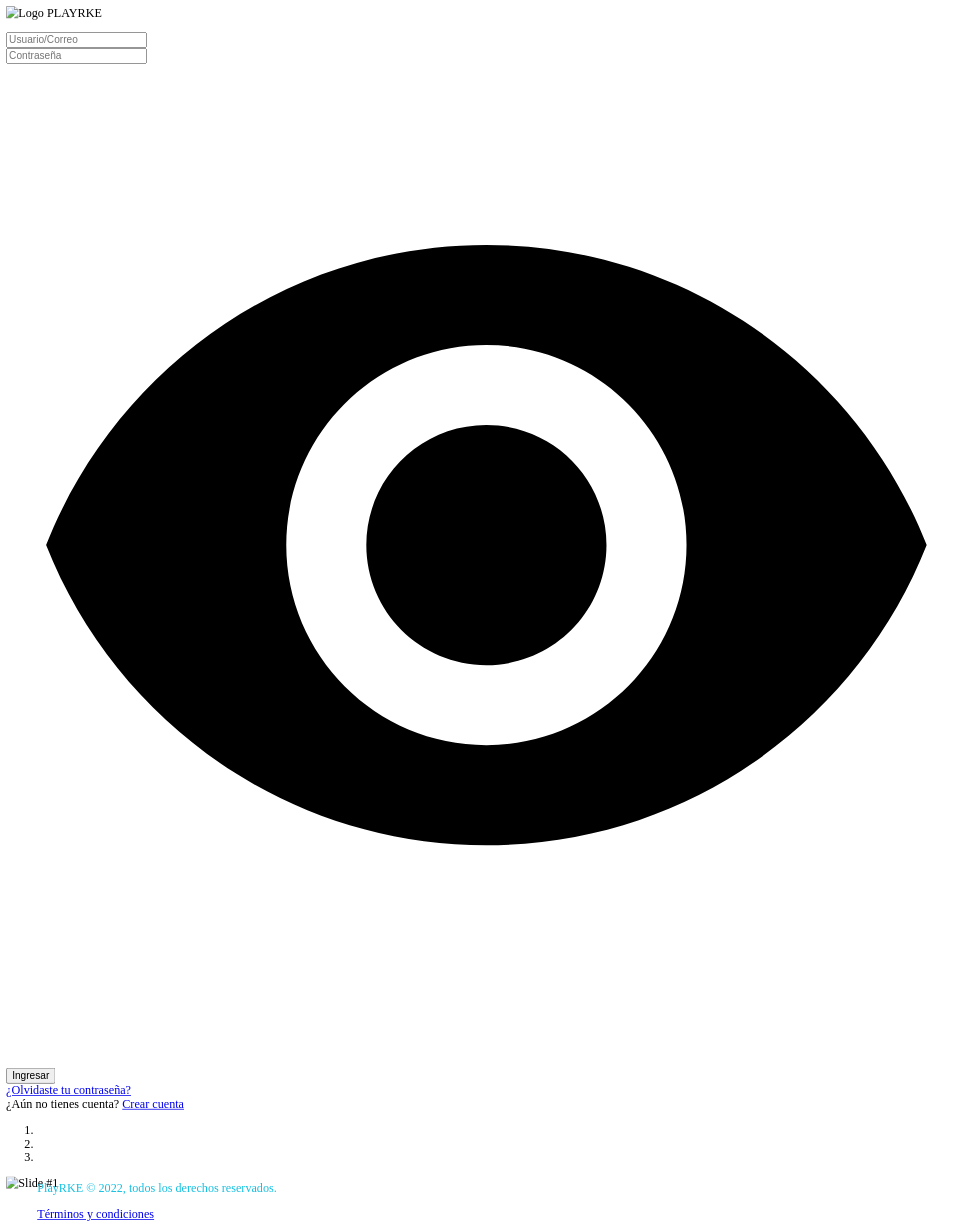
Repository: earo191/RKE
Page: http://localhost/login
An editor plug-in stored every save of this project. The page is shown before and after the next save, followed by the edit.
The browser window is 1280 px wide. The pictures show the whole page, at 76% of full size.
The page is served by the project's Laravel application, run on PHP 8.4 with Laravel 8. Other server files are loaded and not shown.

Above is the page before, as saved 2022-05-31 15:14:02.
Console error: ReferenceError: $ is not defined

### routes/web.php
<?php

use Illuminate\Support\Facades\Route;

/*
|--------------------------------------------------------------------------
| Web Routes
|--------------------------------------------------------------------------
|
| Here is where you can register web routes for your application. These
| routes are loaded by the RouteServiceProvider within a group which
| contains the "web" middleware group. Now create something great!
|
 */

Route::get('/r/{referralCode}', 'Referidos\ReferralController@link')->name('referral.link');

Route::get('/cookie', function () {
    return Cookie::get('referral');
});

Route::get('/', function () {
    return view('auth.login');
});

Route::get('/modulos/admin/procesarpagos/pago_trivia', function () {
    return view('modulos.admin.procesarpagos.pago_trivia');
});



Route::get('/modulos/user/sala/index', function () {
    return view('modulos.user.sala.index');
});

Auth::routes();

Route::get('/home', 'HomeController@index')->name('home');

Route::group(['prefix' => 'usuario', 'as' => 'usuario.'], function () {
    Route::get('/', 'User\UserController@index')->name('index');
    Route::put('/{id}', 'User\UserController@update')->name('update');

});

Route::group(['prefix' => 'info', 'as' => 'info.'], function () {
    Route::get('/terminos', function () {return view('modulos.user.informacion.terminos'); })->name('terminos');
    Route::get('/quienesomos', function () {return view('modulos.user.informacion.quienesomos'); })->name('quienesomos');
    Route::get('/politicas', function () {return view('modulos.user.informacion.politicas'); })->name('politicas');

});

Route::group(['prefix' => 'recarga', 'as' => 'recarga.'], function () {
    Route::get('/', 'Recarga\RecargasController@index')->name('index');
    Route::get('/aceptadas', 'Recarga\RecargasController@aceptadas')->name('aceptadas');
    Route::get('/rechazadas', 'Recarga\RecargasController@rechazadas')->name('rechazadas');
    Route::get('/{id}', 'Recarga\RecargasController@update')->name('update');
    Route::get('/rechazar/{id}', 'Recarga\RecargasController@rechazar')->name('rechazar');

});

Route::group(['prefix' => 'trivia', 'as' => 'trivia.'], function () {
    Route::get('/', 'trivia\triviaController@index')->name('index');
    Route::get('/trivia-all', 'trivia\triviaController@list')->name('list');
    Route::get('/CrearTrivia', 'trivia\triviaController@create')->name('create');
    Route::post('store', 'trivia\triviaController@store')->name('store');
    Route::get('/{id}', 'trivia\triviaController@show')->name('show');


});

Route::group(['prefix' => 'monedero', 'as' => 'monedero.'], function () {
    Route::get('/', 'monedero\MonederoController@index')->name('index');
    Route::get('/Crear', 'monedero\MonederoController@create')->name('create');
    Route::get('/tranferencia', 'monedero\MonederoController@createTranferencia')->name('createTransfer');
    Route::post('store', 'monedero\MonederoController@store')->name('store');
    // Route::post('store/transfer', 'monedero\MonederoController@storeTranfer')->name('storeTranfer');

});

Route::group(['prefix' => 'banco', 'as' => 'banco.'], function () {
    Route::get('/', 'banco\bancosController@index')->name('index');
    Route::get('/Crear', 'banco\bancosController@create')->name('create');
    Route::get('{id}/edit', 'banco\bancosController@edit')->name('edit');
    Route::post('store', 'banco\bancosController@store')->name('store');
    Route::put('{id}', 'banco\bancosController@update')->name('update');

});

Route::group(['prefix' => 'pagomovil', 'as' => 'pagomovil.'], function () {
    Route::get('/', 'pagomovil\PagoMovilController@index')->name('index');
    Route::get('/Crear', 'pagomovil\PagoMovilController@create')->name('create');
    Route::get('/edit/{id}', 'pagomovil\PagoMovilController@edit')->name('edit');
    Route::post('store', 'pagomovil\PagoMovilController@store')->name('store');
    Route::put('/edit/{id}', 'pagomovil\PagoMovilController@update')->name('update');

});

Route::group(['prefix' => 'tasa', 'as' => 'tasa.'], function(){
    Route::get('/', 'Tasa\TasaController@index')->name('index');
});

// Route::get('/modulos/admin/tasa/index', function () {
//     return view('modulos.admin.tasa.index');
// });

Route::group(['prefix' => 'sala', 'as' => 'sala.'], function () {
    Route::get('/', 'sala\SalaController@index')->name('index');

});

Route::group(['prefix' => 'referidos', 'as' => 'refe.'], function () {
    Route::get('/{referralCode}', 'Referidos\ReferralController@index')->name('index');

});

// Route::get('/modulos/user/sala/index', function () {
//     return view('modulos.user.sala.index');
// });

### resources/views/auth/login.blade.php
@extends('layouts.app_login')


@section('content')
<article class="login__container">
    <header class="login__logo">
      <img src="{{asset('img/play.png')}}" alt="Logo PLAYRKE" class="login__logo__image">
    </header>
    <article class="login__content">
      <p class="login__content__text">

      </p>

      <section class="login__form">
        <form action="{{ route('login') }}" method="post" id="form1">
          <input type="hidden" name="_token" id="token" value="{{csrf_token()}}">
            <article class="login__form__item">
              <input id="login" type="text" class="login__form__item__input @if ($errors->has('username') || $errors->has('email')) is-invalid @endif"name="login"
            value="{{ old('username') ?: old('email') }}" required autocomplete="login" placeholder="Usuario/Correo" utofocus>
                @if ($errors->has('username') || $errors->has('email'))
                    <span class="invalid-feedback" role="alert">
                        <strong>{{ $errors->first('username') ?: $errors->first('email') }}</strong>
                    </span>
                @endif
            </article>
            <article class="login__form__item">
              <input type="hidden"  id="bandera" value="0">
              <input type="password" class="login__form__item__input" id="pass" name="password" placeholder="Contraseña">
              <!-- Inicio SVG -->
              <svg id="view-eye" viewBox="0 0 24 25">
                <path d="M12 4.524c-5 0-9.27 3.11-11 7.5 1.73 4.39 6 7.5 11 7.5s9.27-3.11 11-7.5c-1.73-4.39-6-7.5-11-7.5zm0 12.5c-2.76 0-5-2.24-5-5s2.24-5 5-5 5 2.24 5 5-2.24 5-5 5zm0-8c-1.66 0-3 1.34-3 3s1.34 3 3 3 3-1.34 3-3-1.34-3-3-3z">
                </path>
              </svg>
              <!-- Fin SVG -->
            </article>
        </form>
      </section>

      <section class="login__button">
        <button class="button--1" id="Ingresar">Ingresar</button>
      </section>
    </article>
    <footer class="login__footer">
      <article class="login__footer__item">
        <a href="{{ route('password.request') }}" class="forget-password">¿Olvidaste tu contraseña?</a>
      </article>
      <article class="login__footer__item">
        ¿Aún no tienes cuenta?
        <a href="{{ route('register') }}" title="Crear Cuenta" class="user-register">
          Crear cuenta
        </a>
      </article>
      <div class="" style="position: absolute; margin-top: 77px; color: #14c0e1; margin-left: 41px;">
        <p>PlayRKE © 2022, todos los derechos reservados.</p>
        <a href="{{ route('info.terminos') }}">Términos y condiciones</a>
      </div>
    </footer>
</article>

    @endsection

@section('script')

  <script type="text/javascript" src="{{asset('alertify/lib/alertify.min.js')}}"></script>
  <script type="text/javascript">
    $('.carousel').carousel()
    $(document).on('click','#Ingresar', function(e){

          if($(".validar").val()==""){
            alertify.error("Todos los Campos  son Obligatorios");
          }else{
              $('#form1').submit();
          }


        });
    $(document).on('click','#view-eye', function(e){
      if($("#bandera").val()==0){
          $("#pass").attr('type','text');
          $("#bandera").val('1');
      }else{
          $("#pass").attr('type','password');
          $("#bandera").val('0');
      }

    });

  </script>
@endsection

### resources/views/layouts/app_login.blade.php
<!DOCTYPE html>
<html lang="en">
  <head>
    <meta charset="UTF-8">
    <meta http-equiv="X-UA-Compatible" content="IE=edge">
    <meta name="viewport" content="width=device-width, initial-scale=1.0">
    <meta name="keywords" content="PLAYRKE,PLAY-RKE,Natural Activa,Rifa,Rifas,apartado,sistema de apartado,tienda,wy,WY corporation,printfconnection,sorteo,sorteos,ticket,loterias,loterias"/>
    <title>Login (PLAYRKE)</title>
    <!-- Bootstrap 4.6 -->
    <link rel="stylesheet" href="static/css/bootstrap.min.css">
    <!-- Styles -->
    <link rel="stylesheet" href="static/css/styles.css">
    <!-- Fonts -->
    <link rel="preconnect" href="https://fonts.gstatic.com">
    <link href="https://fonts.googleapis.com/css2?family=Roboto:wght@300;400;700&display=swap" rel="stylesheet">
    <link rel="stylesheet" href="{{asset('template/plugins/datatables-bs4/css/dataTables.bootstrap4.css')}}">
    <link  rel="stylesheet" href="{{asset('alertify/themes/alertify.core.css')}}">
    <link rel="stylesheet"  href="{{asset('alertify/themes/alertify.default.css')}}">
    <link rel="shortcat icon" href="{{ asset('img/favi.png') }}">
  </head>
  <body>


  <main class="login l-container">

  @yield('content')




  <section class="login__carousel">
                    <!-- Inicio Carousel (Bootstrap) -->

                    <div id="carouselExampleFade" class="carousel slide carousel-fade" data-ride="carousel">

                    <!-- Inicio indicadores del banner -->
                    <ol class="carousel-indicators">
                        <li data-target="#carouselExampleIndicators" data-slide-to="0" class="active"></li>
                        <li data-target="#carouselExampleIndicators" data-slide-to="1"></li>
                        <li data-target="#carouselExampleIndicators" data-slide-to="2"></li>
                    </ol>
                    <!-- Fin indicadores del banner -->

                    <!-- Inicio slides -->
                    <div class="carousel-inner">
                        <div class="carousel-item active">
                        <img src="static/images/slider/1.png" alt="Slide #1" class="login__carousel__image">
                        <div class="login__carousel__copy">
                        <!--  <h1 class="login__carousel__copy__title">Pos</h1>-->
                        <!-- <p class="login__carousel__copy__description">
                            Crea facturas fácil y rápido desde tus puntos de venta.
                            </p>-->
                            {{-- <a href="#" class="login__carousel__copy__button">
                            Ver más
                            </a> --}}
                        </div>
                        </div>
                        {{-- <div class="carousel-item">
                        <img src="static/images/slider/2.png" alt="Slide #1" class="login__carousel__image">
                        </div>
                        <div class="carousel-item">
                        <img src="static/images/slider/3.png" alt="Slide #1" class="login__carousel__image">
                        </div> --}}
                    </div>
                    <!-- Fin slides -->

                    <!-- Inicio contenido fijo -->
                    {{-- <article class="login__carousel__content">
                        <section class="login__carousel__content__top">
                        <p class="login__carousel__text">
                            Para ayudarte escríbenos en
                            <a href="#" class="login__carousel__button">printfconnection@gmail.com</a>
                        </p>
                        </section>
                        <section class="login__carousel__content__bottom">
                        <p class="login__carousel__text">
                            Síguenos en Facabook
                        </p>
                        <a href="https://www.facebook.com/playrke" target="_blank">

                        <article class="login__carousel__social">

                            <section class="login__carousel__social__item">
                            <!-- Inicio SVG -->

                            <svg width="48" height="48" viewBox="0 0 48 48" fill="none" xmlns="http://www.w3.org/2000/svg">
                                <path d="M0 24C0 10.7452 10.7452 0 24 0C37.2548 0 48 10.7452 48 24C48 37.2548 37.2548 48 24 48C10.7452 48 0 37.2548 0 24Z" fill="#3B5998"/>
                                <path d="M26.5015 38.1115V25.0542H30.1059L30.5836 20.5546H26.5015L26.5077 18.3025C26.5077 17.1289 26.6192 16.5001 28.3048 16.5001H30.5581V12H26.9532C22.6231 12 21.0991 14.1828 21.0991 17.8536V20.5551H18.4V25.0547H21.0991V38.1115H26.5015Z" fill="white"/>
                                </svg>


                            <!-- Fin SVG -->
                            </section>
                        <!--   <section class="login__carousel__social__item">

                            <svg id="social-twitter" viewBox="0 0 24 25">
                                <path d="M20 6.562a6.569 6.569 0 0 1-1.885.517 3.29 3.29 0 0 0 1.443-1.816 6.542 6.542 0 0 1-2.084.798 3.283 3.283 0 0 0-5.596 2.993 9.317 9.317 0 0 1-6.765-3.43 3.272 3.272 0 0 0-.444 1.651c0 1.138.58 2.144 1.46 2.732a3.266 3.266 0 0 1-1.487-.41v.041a3.285 3.285 0 0 0 2.633 3.22 3.29 3.29 0 0 1-1.482.056 3.286 3.286 0 0 0 3.066 2.28A6.585 6.585 0 0 1 4 16.554a9.3 9.3 0 0 0 5.033 1.474c6.037 0 9.339-5.002 9.339-9.34 0-.142-.003-.283-.01-.425A6.726 6.726 0 0 0 20 6.563z"></path>
                            </svg>

                            </section>-->
                        <!--   <section class="login__carousel__social__item">

                            <svg id="social-twitter" viewBox="0 0 24 25">
                                <path d="M20 6.562a6.569 6.569 0 0 1-1.885.517 3.29 3.29 0 0 0 1.443-1.816 6.542 6.542 0 0 1-2.084.798 3.283 3.283 0 0 0-5.596 2.993 9.317 9.317 0 0 1-6.765-3.43 3.272 3.272 0 0 0-.444 1.651c0 1.138.58 2.144 1.46 2.732a3.266 3.266 0 0 1-1.487-.41v.041a3.285 3.285 0 0 0 2.633 3.22 3.29 3.29 0 0 1-1.482.056 3.286 3.286 0 0 0 3.066 2.28A6.585 6.585 0 0 1 4 16.554a9.3 9.3 0 0 0 5.033 1.474c6.037 0 9.339-5.002 9.339-9.34 0-.142-.003-.283-.01-.425A6.726 6.726 0 0 0 20 6.563z"></path>
                            </svg>

                            </section>-->
                        </article>
                        </a>
                        </section>
                    </article> --}}
                    <!-- Fin contenido fijo -->

                    </div>
                    <!-- Fin Carousel (Bootstrap) -->
                </section>
                </main>

  <script src="static/js/jquery-3.5.1.slim.min.js"></script>
    <script src="static/js/bootstrap.min.js"></script>
    <script>
      $('.carousel').carousel()
    </script>
@yield ('script')
  </body>
</html>

### public/alertify/themes/alertify.core.css
.alertify,
.alertify-show,
.alertify-log {
	-webkit-transition: all 500ms cubic-bezier(0.175, 0.885, 0.320, 1.275);
	   -moz-transition: all 500ms cubic-bezier(0.175, 0.885, 0.320, 1.275);
	    -ms-transition: all 500ms cubic-bezier(0.175, 0.885, 0.320, 1.275);
	     -o-transition: all 500ms cubic-bezier(0.175, 0.885, 0.320, 1.275);
	        transition: all 500ms cubic-bezier(0.175, 0.885, 0.320, 1.275); /* easeOutBack */
}
.alertify-hide {
	-webkit-transition: all 250ms cubic-bezier(0.600, -0.280, 0.735, 0.045);
	   -moz-transition: all 250ms cubic-bezier(0.600, -0.280, 0.735, 0.045);
	    -ms-transition: all 250ms cubic-bezier(0.600, -0.280, 0.735, 0.045);
	     -o-transition: all 250ms cubic-bezier(0.600, -0.280, 0.735, 0.045);
	        transition: all 250ms cubic-bezier(0.600, -0.280, 0.735, 0.045); /* easeInBack */
}
.alertify-log-hide {
	-webkit-transition: all 500ms cubic-bezier(0.600, -0.280, 0.735, 0.045);
	   -moz-transition: all 500ms cubic-bezier(0.600, -0.280, 0.735, 0.045);
	    -ms-transition: all 500ms cubic-bezier(0.600, -0.280, 0.735, 0.045);
	     -o-transition: all 500ms cubic-bezier(0.600, -0.280, 0.735, 0.045);
	        transition: all 500ms cubic-bezier(0.600, -0.280, 0.735, 0.045); /* easeInBack */
}
.alertify-cover {
	position: fixed; z-index: 99999;
	top: 0; right: 0; bottom: 0; left: 0;
	background-color:white;
	filter:alpha(opacity=0);
	opacity:0;
}
	.alertify-cover-hidden {
		display: none;
	}
.alertify {
	position: fixed; z-index: 99999;
	top: 50px; left: 50%;
	width: 550px;
	margin-left: -275px;
	opacity: 1;
}
	.alertify-hidden {
		-webkit-transform: translate(0,-150px);
		   -moz-transform: translate(0,-150px);
		    -ms-transform: translate(0,-150px);
		     -o-transform: translate(0,-150px);
		        transform: translate(0,-150px);
		opacity: 0;
		display: none;
	}
	/* overwrite display: none; for everything except IE6-8 */
	:root *> .alertify-hidden {
		display: block;
		visibility: hidden;
	}
.alertify-logs {
	position: fixed;
	z-index: 5000;
	bottom: 10px;
	right: 10px;
	width: 300px;
}
.alertify-logs-hidden {
	display: none;
}
	.alertify-log {
		display: block;
		margin-top: 10px;
		position: relative;
		right: -300px;
		opacity: 0;
	}
	.alertify-log-show {
		right: 0;
		opacity: 1;
	}
	.alertify-log-hide {
		-webkit-transform: translate(300px, 0);
		   -moz-transform: translate(300px, 0);
		    -ms-transform: translate(300px, 0);
		     -o-transform: translate(300px, 0);
		        transform: translate(300px, 0);
		opacity: 0;
	}
	.alertify-dialog {
		padding: 25px;
	}
		.alertify-resetFocus {
			border: 0;
			clip: rect(0 0 0 0);
			height: 1px;
			margin: -1px;
			overflow: hidden;
			padding: 0;
			position: absolute;
			width: 1px;
		}
		.alertify-inner {
			text-align: center;
		}
		.alertify-text {
			margin-bottom: 15px;
			width: 100%;
			-webkit-box-sizing: border-box;
			   -moz-box-sizing: border-box;
			        box-sizing: border-box;
			font-size: 100%;
		}
		.alertify-buttons {
		}
			.alertify-button,
			.alertify-button:hover,
			.alertify-button:active,
			.alertify-button:visited {
				background:#000;
				text-decoration: none;
				border: none;
				/* line-height and font-size for input button */
				line-height: 1.5;
				font-size: 100%;
				display: inline-block;
				cursor: pointer;
				margin-left: 5px;
			}

@media only screen and (max-width: 680px) {
	.alertify,
	.alertify-logs {
		width: 90%;
		-webkit-box-sizing: border-box;
		   -moz-box-sizing: border-box;
		        box-sizing: border-box;
	}
	.alertify {
		left: 5%;
		margin: 0;
	}
}

### public/alertify/themes/alertify.default.css
/**
 * Twitter Bootstrap Look and Feel
 * Based on http://twitter.github.com/bootstrap/
 */
 .alertify,
 .alertify-log {
	 font-family: sans-serif;
 }
 .alertify {
	 background: #FFF;
	 border: 1px solid #8E8E8E; /* browsers that don't support rgba */
	 border: 1px solid rgba(0,0,0,.3);
	 border-radius: 6px;
	 box-shadow: 0 3px 7px rgba(0,0,0,.3);
	 -webkit-background-clip: padding;     /* Safari 4? Chrome 6? */
		-moz-background-clip: padding;     /* Firefox 3.6 */
			 background-clip: padding-box; /* Firefox 4, Safari 5, Opera 10, IE 9 */
 }
 .alertify-dialog {
	 padding: 0;
 }
	 .alertify-inner {
		 text-align: left;
	 }
		 .alertify-message {
			 padding: 15px;
			 margin: 0;
		 }
		 .alertify-text-wrapper {
			 padding: 0 15px;
		 }
			 .alertify-text {
				 color: #555;
				 border-radius: 4px;
				 padding: 8px;
				 background-color: #FFF;
				 border: 1px solid #CCC;
				 box-shadow: inset 0 1px 1px rgba(0,0,0,.075);
			 }
			 .alertify-text:focus {
				 border-color: rgba(82,168,236,.8);
				 outline: 0;
				 box-shadow: inset 0 1px 1px rgba(0,0,0,.075), 0 0 8px rgba(82,168,236,.6);
			 }

		 .alertify-buttons {
			 padding: 14px 15px 15px;
			 background: #F5F5F5;
			 border-top: 1px solid #DDD;
			 border-radius: 0 0 6px 6px;
			 box-shadow: inset 0 1px 0 #FFF;
			 text-align: right;
		 }
			 .alertify-button,
			 .alertify-button:hover,
			 .alertify-button:focus,
			 .alertify-button:active {
				 margin-left: 10px;
				 border-radius: 4px;
				 font-weight: normal;
				 padding: 4px 12px;
				 text-decoration: none;
				 box-shadow: inset 0 1px 0 rgba(255, 255, 255, .2), 0 1px 2px rgba(0, 0, 0, .05);
				 background-image: -webkit-linear-gradient(top, rgba(255,255,255,.3), rgba(255,255,255,0));
				 background-image:    -moz-linear-gradient(top, rgba(255,255,255,.3), rgba(255,255,255,0));
				 background-image:     -ms-linear-gradient(top, rgba(255,255,255,.3), rgba(255,255,255,0));
				 background-image:      -o-linear-gradient(top, rgba(255,255,255,.3), rgba(255,255,255,0));
				 background-image:         linear-gradient(top, rgba(255,255,255,.3), rgba(255,255,255,0));
			 }
			 .alertify-button:focus {
				 outline: none;
				 box-shadow: 0 0 5px #2B72D5;
			 }
			 .alertify-button:active {
				 position: relative;
				 box-shadow: inset 0 2px 4px rgba(0,0,0,.15), 0 1px 2px rgba(0,0,0,.05);
			 }
				 .alertify-button-cancel,
				 .alertify-button-cancel:hover,
				 .alertify-button-cancel:focus,
				 .alertify-button-cancel:active {
					 text-shadow: 0 -1px 0 rgba(255,255,255,.75);
					 background-color: #E6E6E6;
					 border: 1px solid #BBB;
					 color: #333;
					 background-image: -webkit-linear-gradient(top, #FFF, #E6E6E6);
					 background-image:    -moz-linear-gradient(top, #FFF, #E6E6E6);
					 background-image:     -ms-linear-gradient(top, #FFF, #E6E6E6);
					 background-image:      -o-linear-gradient(top, #FFF, #E6E6E6);
					 background-image:         linear-gradient(top, #FFF, #E6E6E6);
				 }
				 .alertify-button-cancel:hover,
				 .alertify-button-cancel:focus,
				 .alertify-button-cancel:active {
					 background: #E6E6E6;
				 }
				 .alertify-button-ok,
				 .alertify-button-ok:hover,
				 .alertify-button-ok:focus,
				 .alertify-button-ok:active {
					 text-shadow: 0 -1px 0 rgba(0,0,0,.25);
					 background-color: #04C;
					 border: 1px solid #04C;
					 border-color: #04C #04C #002A80;
					 border-color: rgba(0, 0, 0, 0.1) rgba(0, 0, 0, 0.1) rgba(0, 0, 0, 0.25);
					 color: #FFF;
				 }
				 .alertify-button-ok:hover,
				 .alertify-button-ok:focus,
				 .alertify-button-ok:active {
					 background: #04C;
				 }

 .alertify-log {
	 background: #D9EDF7;
	 padding: 8px 14px;
	 border-radius: 4px;
	 color: #3A8ABF;
	 text-shadow: 0 1px 0 rgba(255,255,255,.5);
	 border: 1px solid #BCE8F1;
 }
	 .alertify-log-error {
		 color: #B94A48;
		 background: #F2DEDE;
		 border: 1px solid #EED3D7;
	 }
	 .alertify-log-success {
		 color: #468847;
		 background: #DFF0D8;
		 border: 1px solid #D6E9C6;
	 }

Loaded but not shown: app/Http/Controllers/Auth/LoginController.php (common file); app/Http/Controllers/Controller.php (common file); app/Http/Controllers/Auth/ConfirmPasswordController.php (common file); public/template/plugins/datatables-bs4/css/dataTables.bootstrap4.css (library); public/alertify/lib/alertify.min.js (library)

After the next save:
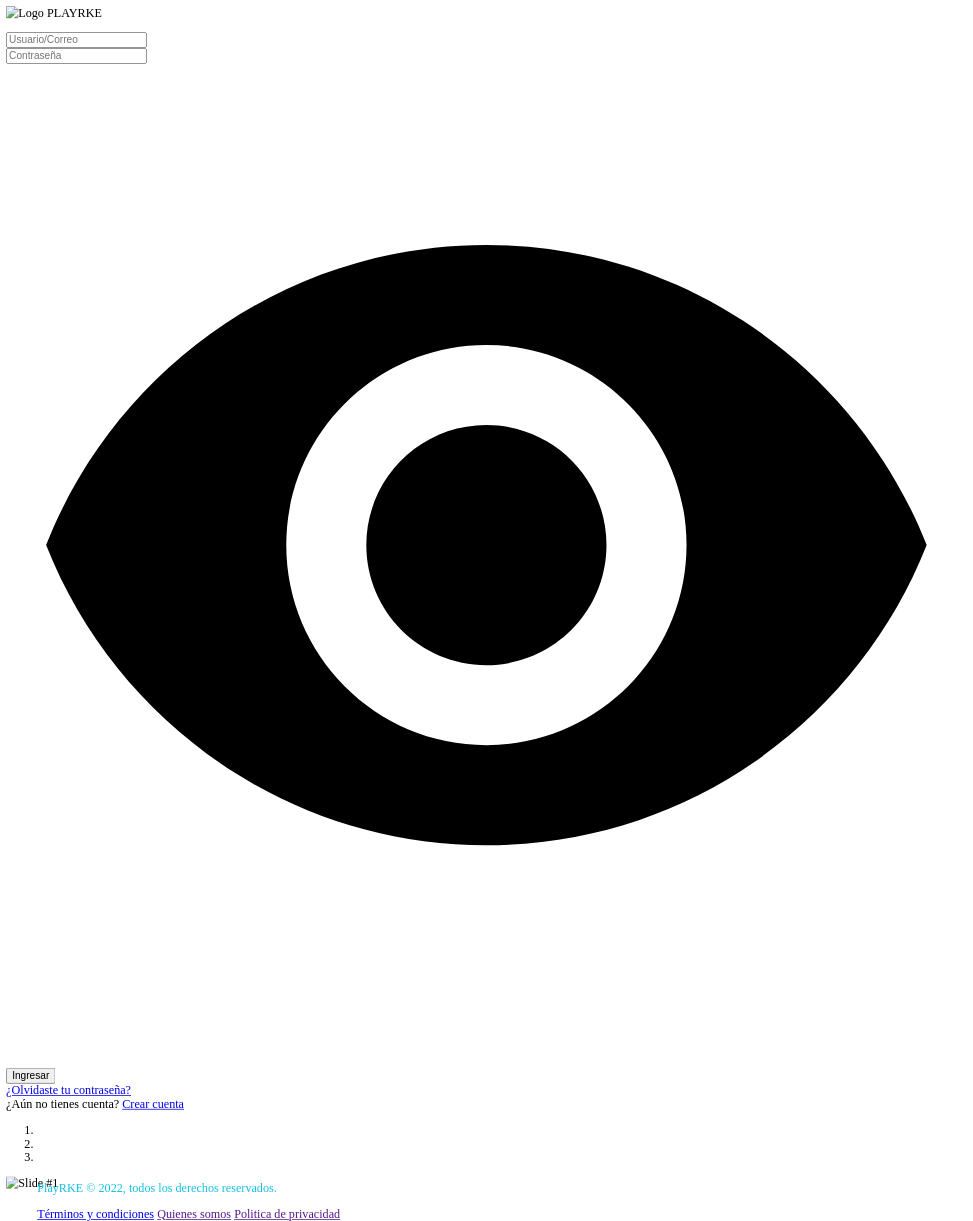
Saved 3 min 12 s later.
--- a/resources/views/auth/login.blade.php
+++ b/resources/views/auth/login.blade.php
@@ -52,7 +52,12 @@
       </article>
       <div class="" style="position: absolute; margin-top: 77px; color: #14c0e1; margin-left: 41px;">
         <p>PlayRKE © 2022, todos los derechos reservados.</p>
-        <a href="{{ route('info.terminos') }}">Términos y condiciones</a>
+        <div class="user-register" style="">
+          <a href="{{ route('info.terminos') }}">Términos y condiciones</a>
+          <a href=""> Quienes somos</a>
+          <a href="">Politica de privacidad</a>
+        </div>
+
       </div>
     </footer>
 </article>
